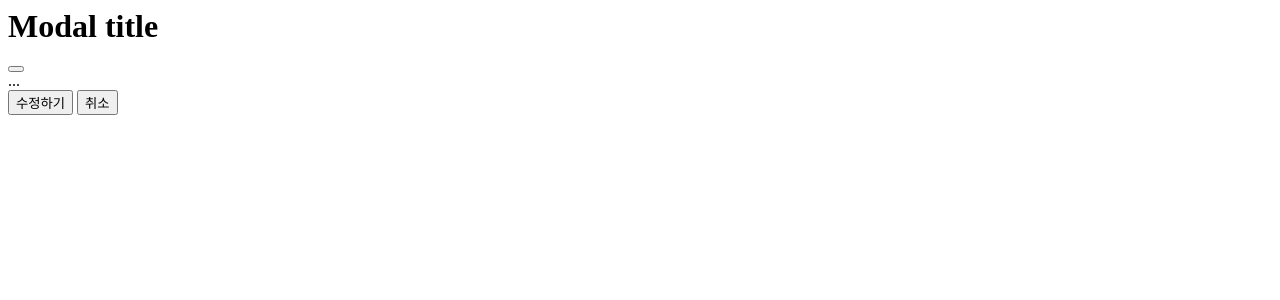
Repository: Seoptrike/jsp
Page: http://localhost/ex04/bbs/modal_update.jsp
An editor plug-in stored every save of this project. The page is shown before and after the next save, followed by the edit.
The browser window is 1280 px wide. The pictures show the whole page.
The page is served by Tomcat 9. Other server files are loaded and not shown.

Above is the page before, as saved 2024-05-03 10:16:28.

### jsp/ex04/src/main/webapp/bbs/modal_update.jsp
<%@ page language="java" contentType="text/html; charset=UTF-8"
    pageEncoding="UTF-8"%>

<div class="modal fade" id="modalUpdate" data-bs-backdrop="static" data-bs-keyboard="false" tabindex="-1" aria-labelledby="staticBackdropLabel" aria-hidden="true">
  <div class="modal-dialog">
    <div class="modal-content">
      <div class="modal-header">
        <h1 class="modal-title fs-5" id="staticBackdropLabel">Modal title</h1>
        <button type="button" class="btn-close" data-bs-dismiss="modal" aria-label="Close"></button>
      </div>
      <div class="modal-body">
        ...
      </div>
      <div class="modal-footer">
      	<button type="button" class="btn btn-primary">수정하기</button>
        <button type="button" class="btn btn-secondary" data-bs-dismiss="modal">취소</button>
      </div>
    </div>
  </div>
</div>

After the next save:
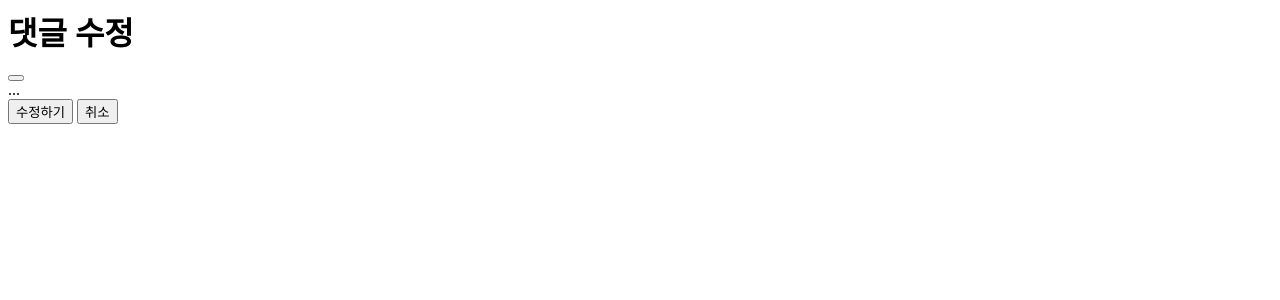
Saved 19 s later.
--- a/jsp/ex04/src/main/webapp/bbs/modal_update.jsp
+++ b/jsp/ex04/src/main/webapp/bbs/modal_update.jsp
@@ -5,7 +5,7 @@
   <div class="modal-dialog">
     <div class="modal-content">
       <div class="modal-header">
-        <h1 class="modal-title fs-5" id="staticBackdropLabel">Modal title</h1>
+        <h1 class="modal-title fs-5" id="staticBackdropLabel">댓글 수정</h1>
         <button type="button" class="btn-close" data-bs-dismiss="modal" aria-label="Close"></button>
       </div>
       <div class="modal-body">
